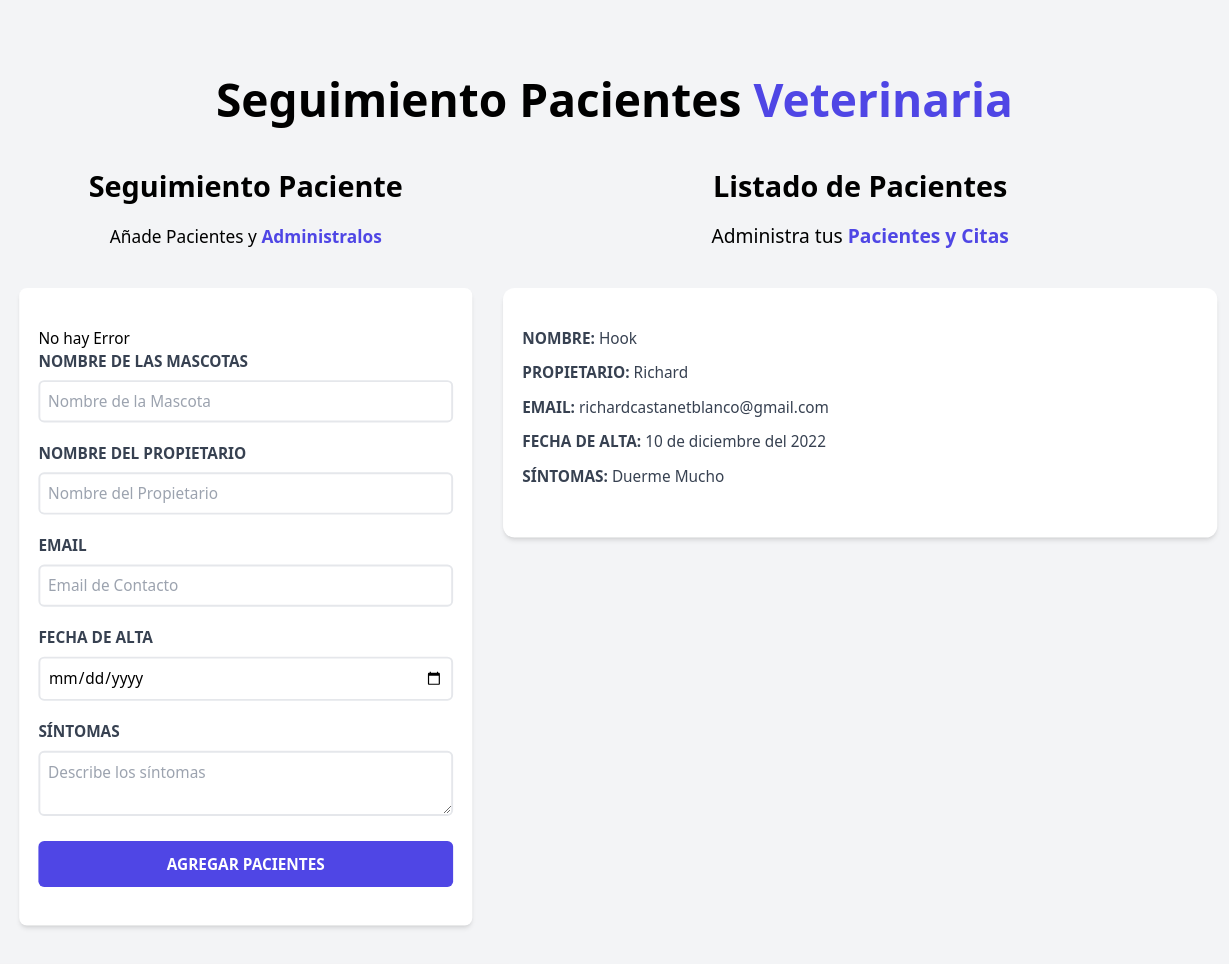
Repository: richardacb/citas_react_vite
Page: /
The author's editor kept a copy of each file at every save. The page is drawn from the files as they stood at one save, then again after a run of saves.
The browser window is 1280 px wide. The pictures show the whole page, at 96% of full size.
The project was rebuilt for these pictures with package versions that can differ from the ones it lists, and the page was loaded fresh each time. Also part of the build but not shown: vite.config.js.

Above is the page before, as saved 2022-12-19 15:53:58.

### src/App.jsx
import { useState } from "react";
import Header from "./components/Header";
import Formulario from "./components/Formulario";
import ListadoPacientes from "./components/ListadoPacientes";

function App() {
  return (
    <div className="container mx-auto mt-20">
      <Header />
      <div className="mt-12 md:flex">
        <Formulario />
        <ListadoPacientes />
      </div>
    </div>
  );
}

export default App;

### src/components/Header.jsx
function Header() {
  return (
    <>
        <h1 className="font-black text-5xl text-center md:w-2/3 mx-auto">Seguimiento Pacientes {''}
         <span className="text-indigo-600">Veterinaria</span></h1>
    </>
  );
}

export default Header;

### src/components/Formulario.jsx
import { useState, useEffect } from "react";

const Formulario = () => {
  //empezmos a utilziar usestate local de nombre
  const [nombre, setNombre] = useState("");

  //empezmos a utilziar usestate local de propietario
  const [propietario, setPropietario] = useState("");

  //empezmos a utilziar usestate local de email
  const [email, setEmail] = useState("");

  //empezmos a utilziar usestate local de alta
  const [fecha, setFecha] = useState("");

  //definimos el state local para los sintomas
  const [sintoma, setSintoma] = useState("");

  //creamos el state para el error
  const [error, setError] = useState(false);

  //fucion para valdiar el formualrio
  const handleSubmit = (e) => {
    //validamos el formulario
    if ([nombre, propietario, email, fecha, sintoma].includes("")) {
      console.log("Al menos un campo vacio");

      setError(true);
    } else {
      console.log("Todos los campos estan llenos");
    }

    e.preventDefault();
  };
  return (
    <div className="md:w-1/2 lg:w-2/5">
      <h2 className="font-black text-3xl text-center">Seguimiento Paciente</h2>

      <p className="text-lg mt-5 text-center mb-10">
        Añade Pacientes y {""}{" "}
        <span className="text-indigo-600 font-bold">Administralos</span>
      </p>

      <form
        onSubmit={handleSubmit}
        className="bg-white shadow-md rounded-lg py-10 px-5 mb-10 mx-5"
      >
        { error ? 'Si hay Error' : 'No hay Error' }
        <div className="mb-5">
          <label
            htmlFor="mascota"
            className="block text-gray-700 uppercase font-bold"
          >
            Nombre de las Mascotas
          </label>
          <input
            id="mascota"
            type="text"
            placeholder="Nombre de la Mascota"
            value={nombre}
            onChange={(e) => setNombre(e.target.value)}
            className="border-2 w-full p-2 mt-2 placeholder-gray-400 rounded-md"
          />
        </div>

        <div className="mb-5">
          <label
            htmlFor="propietario"
            className="block text-gray-700 uppercase font-bold"
          >
            Nombre del Propietario
          </label>
          <input
            id="propietario"
            type="text"
            placeholder="Nombre del Propietario"
            value={propietario}
            onChange={(e) => setPropietario(e.target.value)}
            className="border-2 w-full p-2 mt-2 placeholder-gray-400 rounded-md"
          />
        </div>

        <div className="mb-5">
          <label
            htmlFor="email"
            className="block text-gray-700 uppercase font-bold"
          >
            Email
          </label>
          <input
            id="email"
            type="email"
            placeholder="Email de Contacto"
            value={email}
            onChange={(e) => setEmail(e.target.value)}
            className="border-2 w-full p-2 mt-2 placeholder-gray-400 rounded-md"
          />
        </div>

        <div className="mb-5">
          <label
            htmlFor="alta"
            className="block text-gray-700 uppercase font-bold"
          >
            Fecha de Alta
          </label>
          <input
            id="alta"
            type="date"
            value={fecha}
            onChange={(e) => setFecha(e.target.value)}
            className="border-2 w-full p-2 mt-2 placeholder-gray-400 rounded-md"
          />
        </div>

        <div className="mb-5">
          <label
            htmlFor="sintomas"
            className="block text-gray-700 uppercase font-bold"
          >
            Síntomas
          </label>
          <textarea
            id="sintomas"
            className="border-2 w-full p-2 mt-2 placeholder-gray-400 rounded-md"
            placeholder="Describe los síntomas"
            value={sintoma}
            onChange={(e) => setSintoma(e.target.value)}
          />
        </div>

        <input
          type="submit"
          className="bg-indigo-600 w-full p-3 text-white uppercase font-bold rounded-md hover:bg-indigo-800 cursor-pointer transition-opacity"
          value="Agregar Pacientes"
        />
      </form>
    </div>
  );
};

export default Formulario;

### src/components/ListadoPacientes.jsx
import Paciente from "./Paciente";

const ListadoPacientes = () => {
  return (
    <div className="md:w-1/2 lg:w-3/5 md:h-screen overflow-y-scroll">
      <h2 className="font-black text-3xl text-center">Listado de Pacientes</h2>
      <p className="text-xl mt-5 mb-10 text-center">Administra tus {''}
        <span className="text-indigo-600 font-bold">
            Pacientes y Citas
        </span>
      </p>

      <Paciente />
    </div>
  );
};

export default ListadoPacientes;
//me quede por el 17E

### src/components/Paciente.jsx
import React from "react";

const Paciente = () => {
  return (
    <div className="m-3 bg-white shadow-md px-5 py-10 rounded-xl">
      <p className="font-bold mb-3 text-gray-700 uppercase">
        Nombre: {""}
        <span className="font-normal normal-case">Hook</span>
      </p>

      <p className="font-bold mb-3 text-gray-700 uppercase">
        Propietario: {""}
        <span className="font-normal normal-case">Richard</span>
      </p>

      <p className="font-bold mb-3 text-gray-700 uppercase">
        Email: {""}
        <span className="font-normal normal-case">
          richardcastanetblanco@gmail.com
        </span>
      </p>

      <p className="font-bold mb-3 text-gray-700 uppercase">
        Fecha de Alta: {""}
        <span className="font-normal normal-case">
          10 de diciembre del 2022
        </span>
      </p>

      <p className="font-bold mb-3 text-gray-700 uppercase">
        Síntomas: {""}
        <span className="font-normal normal-case">Duerme Mucho</span>
      </p>
    </div>
  );
};

export default Paciente;

Loaded but not shown: index.html (common file); src/main.jsx (common file); src/index.css (common file); tailwind.config.cjs (common file)

After the next 3 saves:
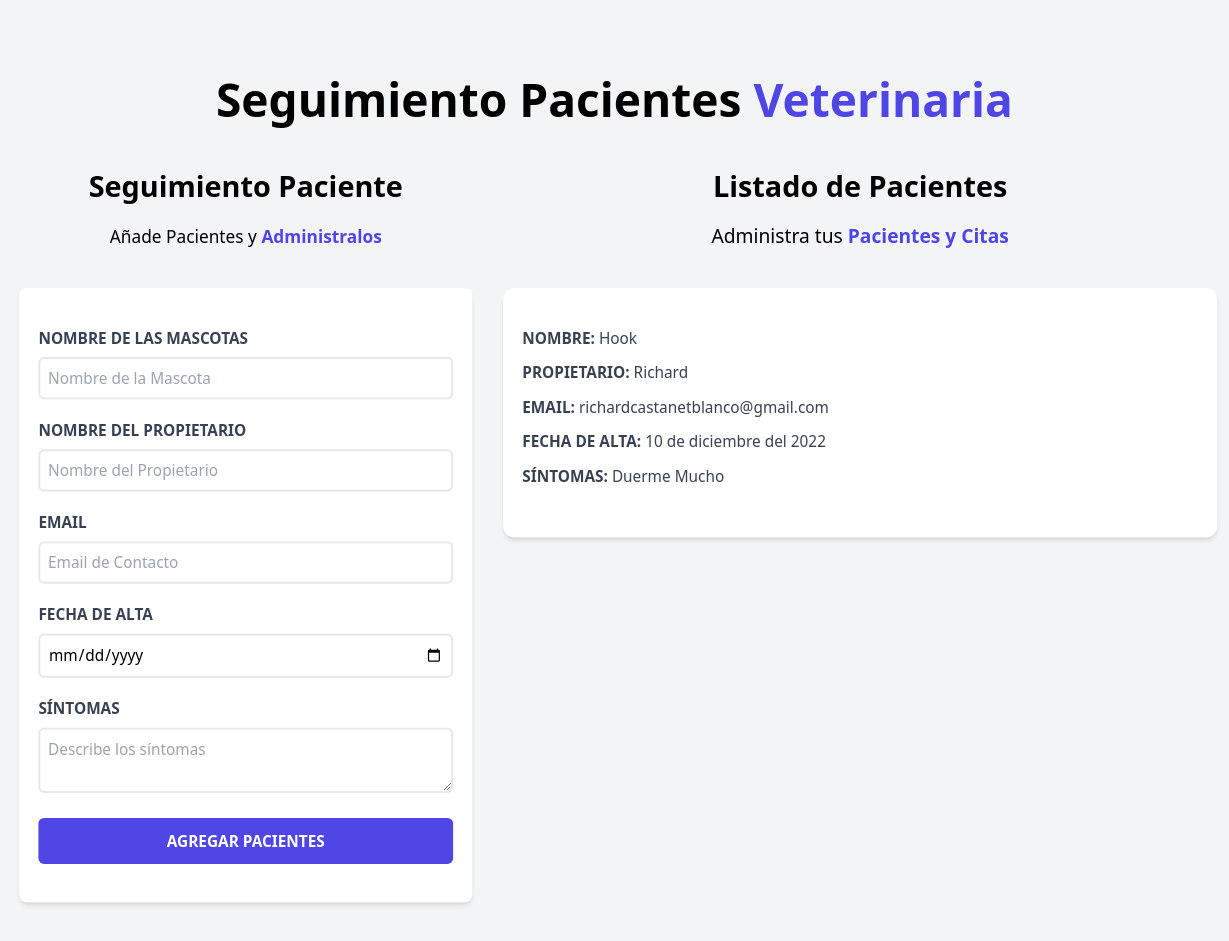
The 3 saves are shown as one change because they came seconds apart.
The last was saved 21 min 29 s later.
--- a/src/components/Formulario.jsx
+++ b/src/components/Formulario.jsx
@@ -45,7 +45,7 @@ const Formulario = () => {
         onSubmit={handleSubmit}
         className="bg-white shadow-md rounded-lg py-10 px-5 mb-10 mx-5"
       >
-        { error ? 'Si hay Error' : 'No hay Error' }
+        { error && 'Si hay Error' }
         <div className="mb-5">
           <label
             htmlFor="mascota"
